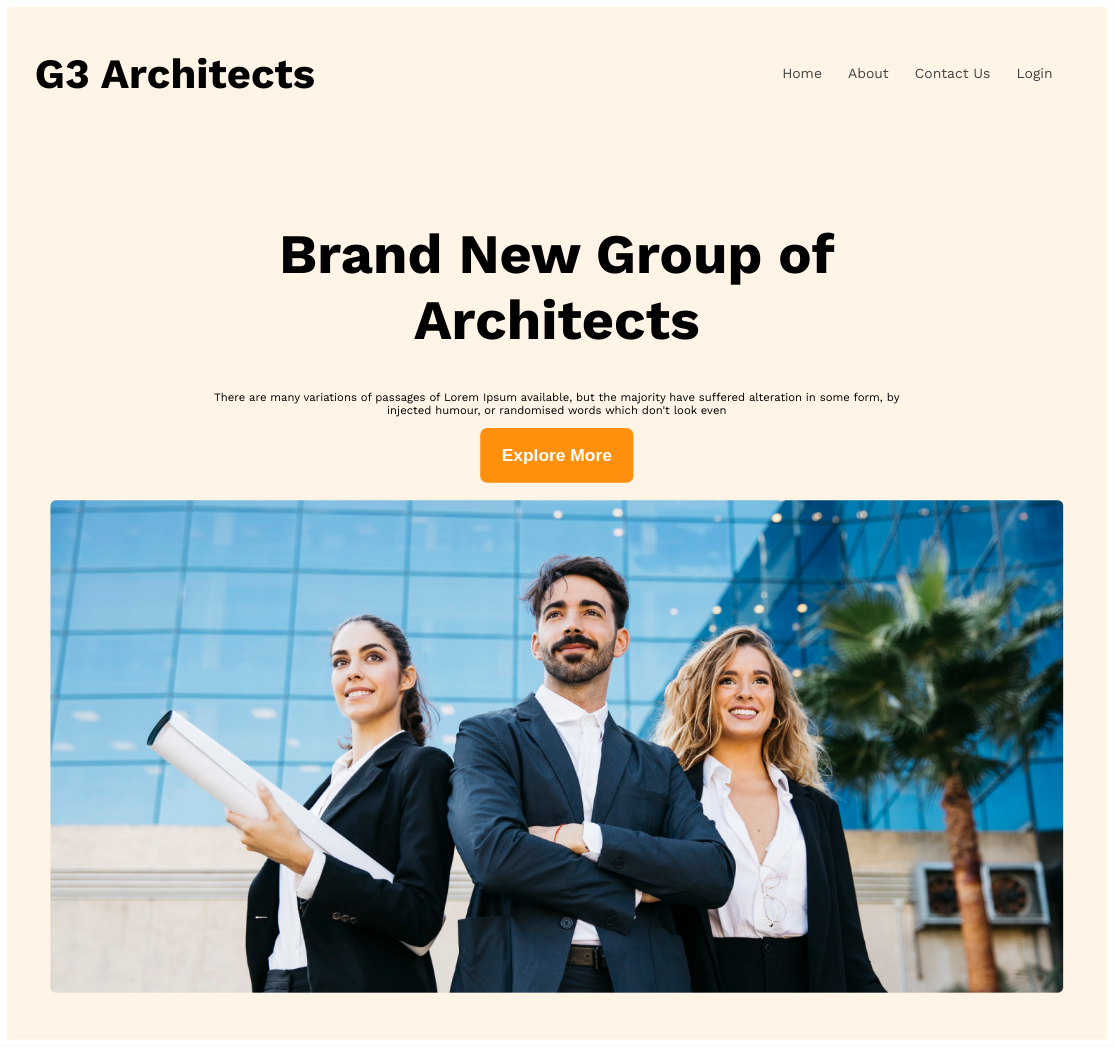
Repository: dollyrakhe22/g3-architects-website
Page: index.html
An editor plug-in stored every save of this project. The page is shown before and after the next save, followed by the edit.
The browser window is 1280 px wide. The pictures show the whole page, at 87% of full size.

Above is the page before, as saved 2025-07-20 17:21:14.

### index.html
<!DOCTYPE html>
<html lang="en">
<head>
    <meta charset="UTF-8">
    <meta name="viewport" content="width=device-width, initial-scale=1.0">
    <title>Architects Website</title>
    <link rel="stylesheet" href="style.css">
</head>
<body class="work-sans-font">
   <header>
     <header class="bg-light">
           <nav class="navbar  display-flex">
             <h3 class="brand">G3 Architects</h3>
             <ul class="nav-links display-flex">
              <li class="nav-item"><a href="" class="nav-link text-gray ">Home</a></li>
              <li class="nav-item"><a href="" class="nav-link text-gray ">About</a></li>
              <li class="nav-item"><a href="" class="nav-link text-gray ">Contact Us</a></li>
              <li class="nav-item"><a href="" class="nav-link text-gray ">Login</a></li>
             </ul>
           </nav>
           <div class="banner">
          <div class="banner-content">
              <h1 class="banner-title">Brand New Group of Architects </h1>
              <p class="banner-description">There are many variations of passages of Lorem Ipsum available, but the majority have suffered alteration in some form, by injected humour,
              or randomised words which don't look even</p>
            <button class="btn-primary">Explore More</button>
          </div>
            <img class="banner-img" src="images/banner.png" alt="" srcset="">
           </div>
    </header>
   </header>


   <main>
   </main>
    <footer>

    </footer>
</body>
</html>

### style.css
@import url('https://fonts.googleapis.com/css2?family=Work+Sans:ital,wght@0,100..900;1,100..900&display=swap');

.work-sans-font {
  font-family: "Work Sans", sans-serif;
  font-optical-sizing: auto;
  font-weight: 400px;
  font-style: normal;
}
/*shared styles*/
.display-flex{
  display: flex;
}
/*dark 02*/
.text-gray{
  color: #424242;
}
/*dark 03*/
.text-light-gray{
  color:#727272;
}
.navbar{
  justify-content: space-between;
  align-items: center;
}
.bg-light{
  background-color: rgba(255, 144, 14, 0.1);
}
.brand{
  font-weight: 700;
  font-size: 3rem;
}
/*header styles*/


/*navbar related styles*/
.navbar{
  display: flex;
}
.nav-item{
  list-style: none;
  margin-right: 30px;
}
.nav-link{
  text-decoration: none;
  font-size: 500;
}
.navbar,.banner {
  max-width: 1200px;
  margin: 0 auto;

}


/*banner related styles*/
.banner-content{
  max-width: 800px;
  margin: 0 auto;
  text-align: center;
  margin-bottom: 20px;
  margin-top: 20px;
}
.banner{
  padding: 50px;

}
.banner-img{
  width: 100%;
}
.banner-title{
  font-weight: 700;
  font-size: 4rem;
}
.banner-description{
  font-size: 13px;


}
.btn-primary{
  background-color: #FF900E;
  color: white;
  padding: 20px 25px;
  font-size: 1.25rem;
  font-weight: 600;
  border:none;
  border-radius: 8px;

}

After the next save:
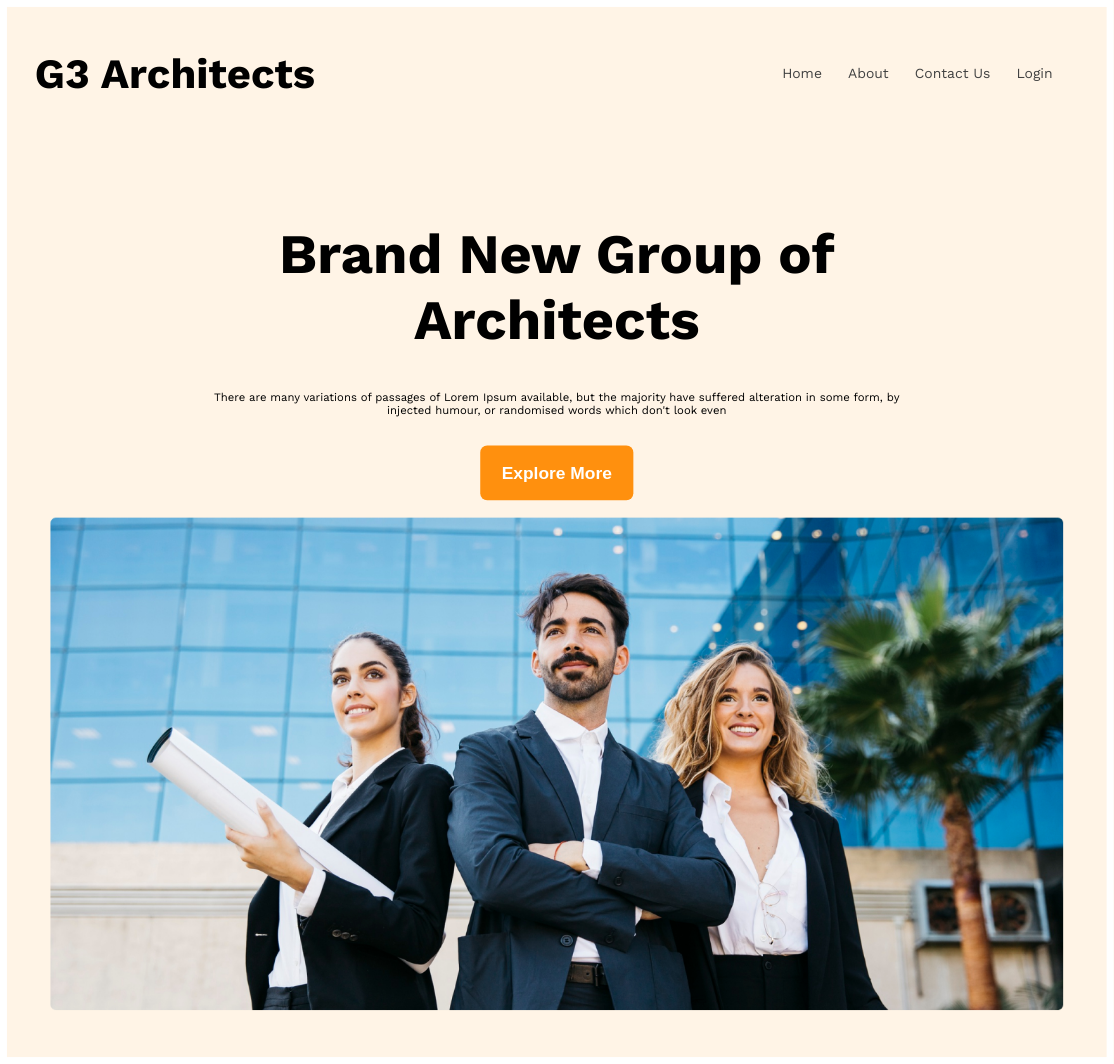
Saved 89 s later.
--- a/style.css
+++ b/style.css
@@ -57,7 +57,7 @@
   margin: 0 auto;
   text-align: center;
   margin-bottom: 20px;
-  margin-top: 20px;
+
 }
 .banner{
   padding: 50px;
@@ -83,5 +83,7 @@
   font-weight: 600;
   border:none;
   border-radius: 8px;
+  margin-top: 20px;
+  margin-top: 20px;
 
 }
